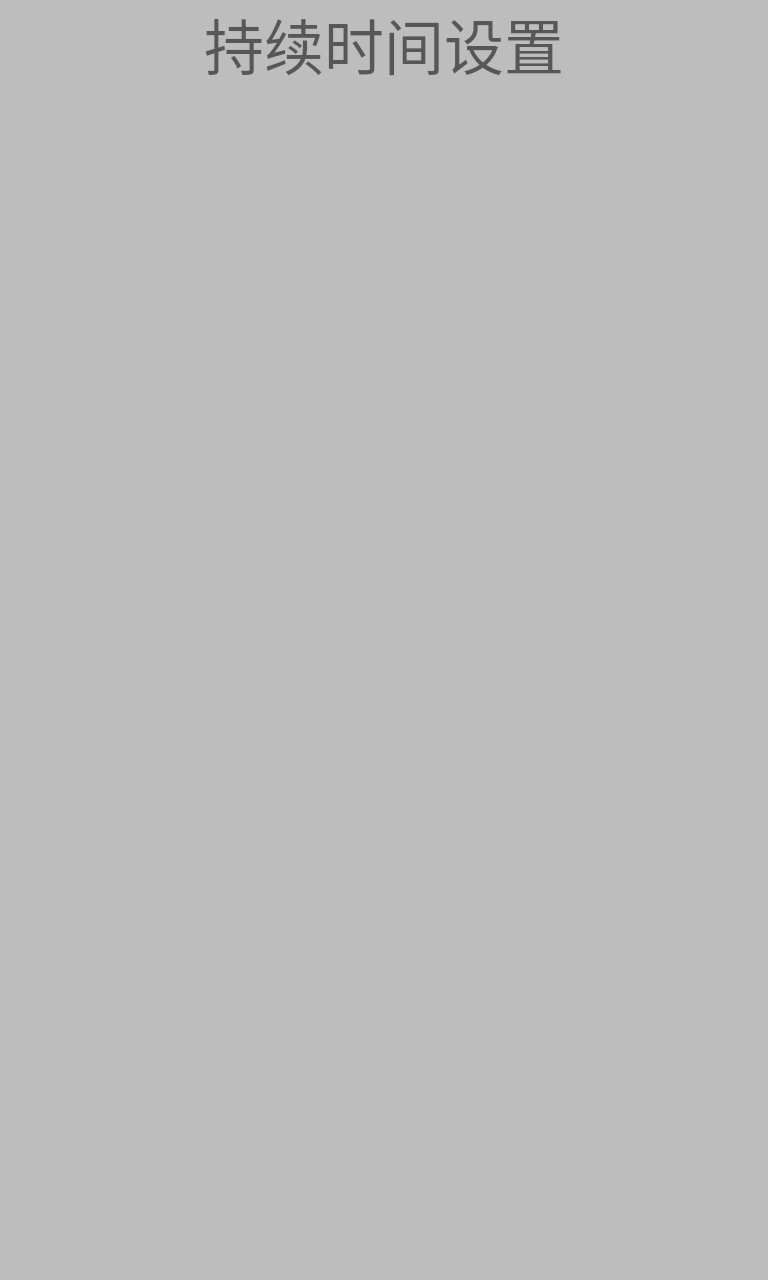
Repository: xixiwelcome/CoolComfort
Layout: CoolComfort/res/layout/activity_duration.xml
An editor plug-in stored every save of this project. The layout is shown before and after the next save, followed by the edit.
It is drawn on a 768 x 1280 px phone screen (xhdpi) without system bars, with theme AppTheme; the app's code is not run. Lists and similar views that code fills are empty.

Above is the layout before, as saved 2015-02-05 06:41:51.

After the next save:
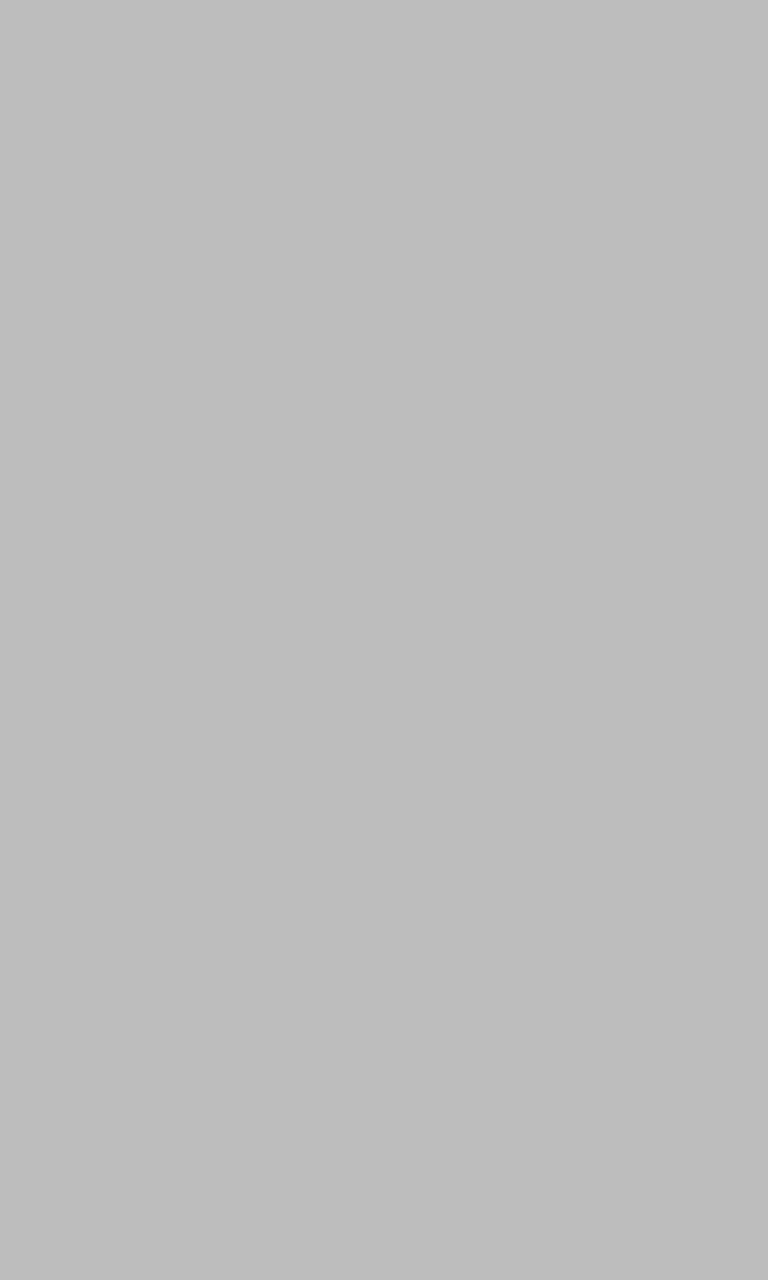
Saved 5 min 32 s later.
--- a/CoolComfort/res/layout/activity_duration.xml
+++ b/CoolComfort/res/layout/activity_duration.xml
@@ -4,16 +4,7 @@
     android:background="@color/light_grey"
     android:orientation="vertical" >
 
-    <LinearLayout
-        android:layout_width="match_parent"
-        android:layout_height="wrap_content">
-        <TextView
-            android:layout_width="match_parent"
-            android:layout_height="match_parent"
-            android:gravity="center"
-            android:textSize="30sp"
-            android:text="@string/title_activity_duration"/>
-    </LinearLayout>
+
 
     <ListView
         android:id="@+id/duration_list"

After the save that followed:
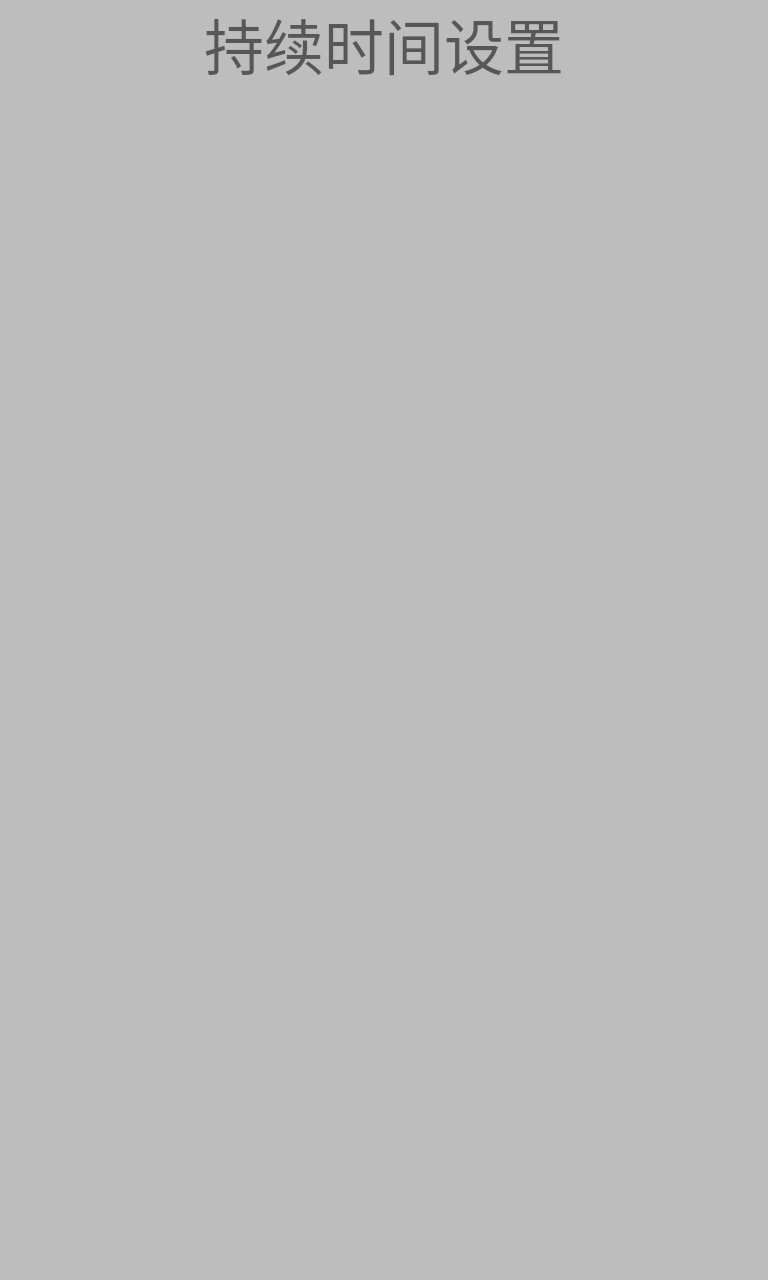
Saved 21 s later.
--- a/CoolComfort/res/layout/activity_duration.xml
+++ b/CoolComfort/res/layout/activity_duration.xml
@@ -4,7 +4,16 @@
     android:background="@color/light_grey"
     android:orientation="vertical" >
 
-
+    <LinearLayout
+        android:layout_width="match_parent"
+        android:layout_height="wrap_content">
+        <TextView
+            android:layout_width="match_parent"
+            android:layout_height="match_parent"
+            android:gravity="center"
+            android:textSize="30sp"
+            android:text="@string/title_activity_duration"/>
+    </LinearLayout>
 
     <ListView
         android:id="@+id/duration_list"
